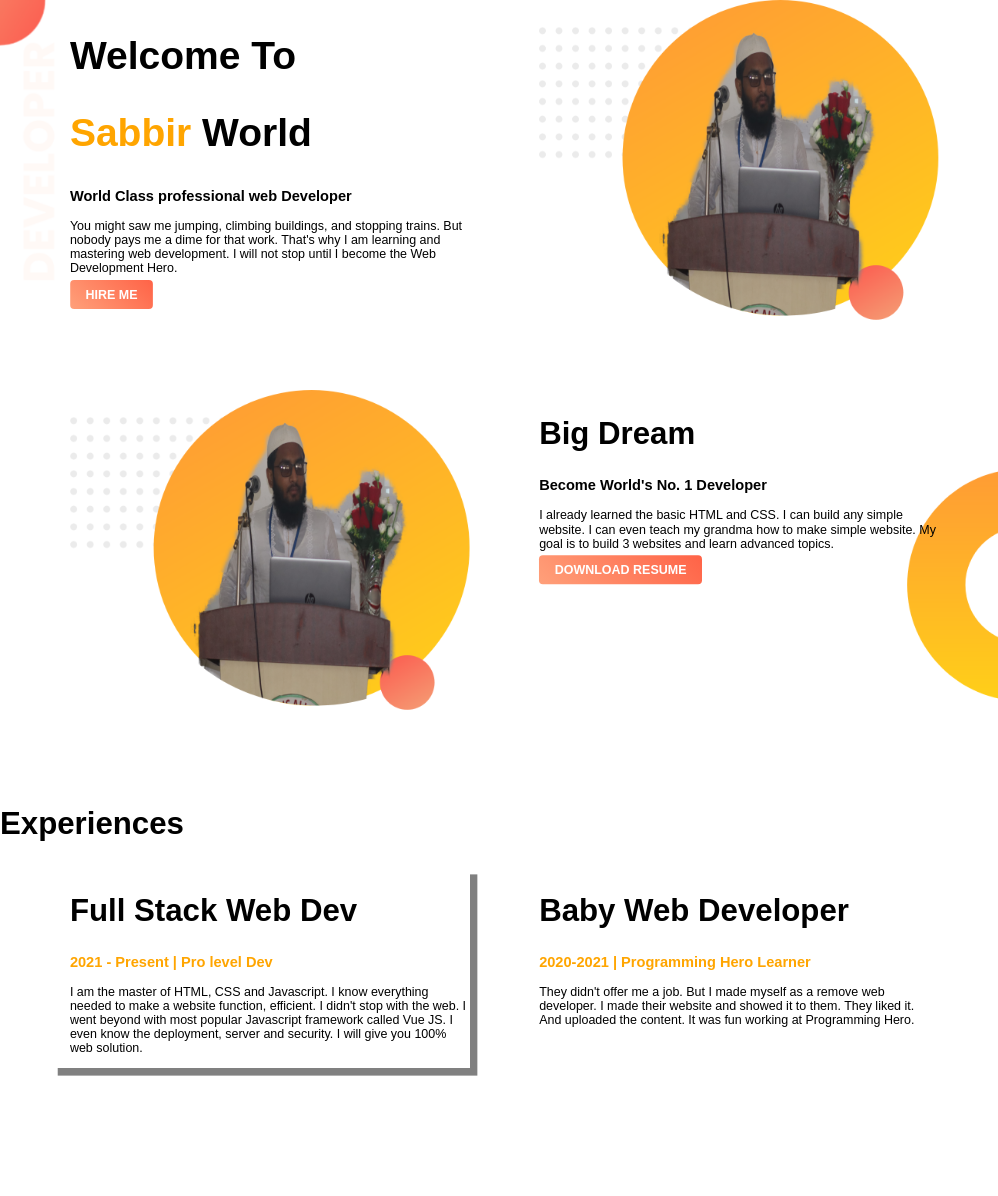
Repository: sabbircse3/web-protfolio
Page: index.html
The author's editor kept a copy of each file at every save. The page is drawn from the files as they stood at one save, then again after a run of saves.
The browser window is 1280 px wide. The pictures show the whole page, at 78% of full size.

Above is the page before, as saved 2021-01-04 10:43:30.

### index.html
<!DOCTYPE html>
<html lang="en">
<head>
    <meta charset="UTF-8">
    <meta name="viewport" content="width=device-width, initial-scale=1.0">
    <title>Sabbir web-portfolio</title>
    <link rel="preconnect" href="https://fonts.gstatic.com">
    <link href="https://fonts.googleapis.com/css2?family=Montserrat&display=swap" rel="stylesheet">
    <link rel="stylesheet" href="style.css">
</head>
<body>
    <section class="top-banner">
        <div class="half-width">
            <h1>Welcome To</h1>
            <h1> <span class="name-highlight">Sabbir</span> World</h1>
            <h3>World Class professional web Developer</h3>
            <p>You might saw me jumping, climbing buildings, and stopping trains. But nobody pays me a dime for that work. That's why I am learning and mastering web development. I will not stop until I become the Web Development Hero.</p>
            <a class="link-button" target="_blank" href="https://www.linkedin.com/company/programminghero/">HIRE ME</a>
        </div>

        <div class="half-width">
            <img src="images/sabbir1.png" alt="">
        </div>
    </section>

    <section class="dream-area">
        <div class="half-width">
            <img src="images/sabbir1.png" alt="">
        </div>

        <div class="half-width">
            <h2> Big Dream</h2>
            <h3>Become World's No. 1 Developer</h3>
            <p>I already learned the basic HTML and CSS. I can build any simple website. I can even teach my grandma how to make simple website. My goal is to build 3 websites and learn advanced topics.</p>
            <a class="link-button" target="_blank" href="https://www.linkedin.com/company/programminghero/">DOWNLOAD RESUME</a>
        </div>

    </section>

    <section class="experience-area">
        <h2>Experiences</h2>
        <div class="half-width single-experience">
            <h2>Full Stack Web Dev</h2>
            <h3 class="orange-highlight">2021 - Present | Pro level Dev</h3>
            <p>I am the master of HTML, CSS and Javascript. I know everything needed to make a website function, efficient. I didn't stop with the web. I went beyond with most popular Javascript framework called Vue JS. I even know the deployment, server and security. I will give you 100% web solution.</p>

        </div>

        <div class="half-width">
            <h2>Baby Web Developer</h2>
            <h3 class="orange-highlight">2020-2021 | Programming Hero Learner</h3>
            <p>They didn't offer me a job. But I made myself as a remove web developer. I made their website and showed it to them. They liked it. And uploaded the content. It was fun working at Programming Hero.</p>

        </div>

    </section>

</body>
</html>

### style.css
body{
    font-family: sans-serif;
    margin: 0px;
}
h1{
    font-size: 50px;
}
h2{
    font-size: 40px;
}
.name-highlight{
    color: orange;
}
.half-width{
    width: 40%;
    float: left;
    margin-left: 5%;
    padding-left: 2%;
}
.half-width img{
    width: 100%;
}
.top-banner{
    background-image: url("images/top-banner.png");
    background-repeat: no-repeat;
}
section{
    height: 500px;
}
.link-button{
    text-decoration: none;
    background-image: linear-gradient(45deg, lightSalmon, tomato);
    padding: 10px 20px;
    border-radius: 5px;
    color: white;
    font-weight: 700;
}
.dream-area{
    background-image: url("images/dream-bg.png");
    background-repeat: no-repeat;
    background-position: right;
}
.experience-area{

}
.orange-highlight{
    color: orange;
}
.single-experience{
    box-shadow: 10px 10px gray;
}

After the next 17 saves:
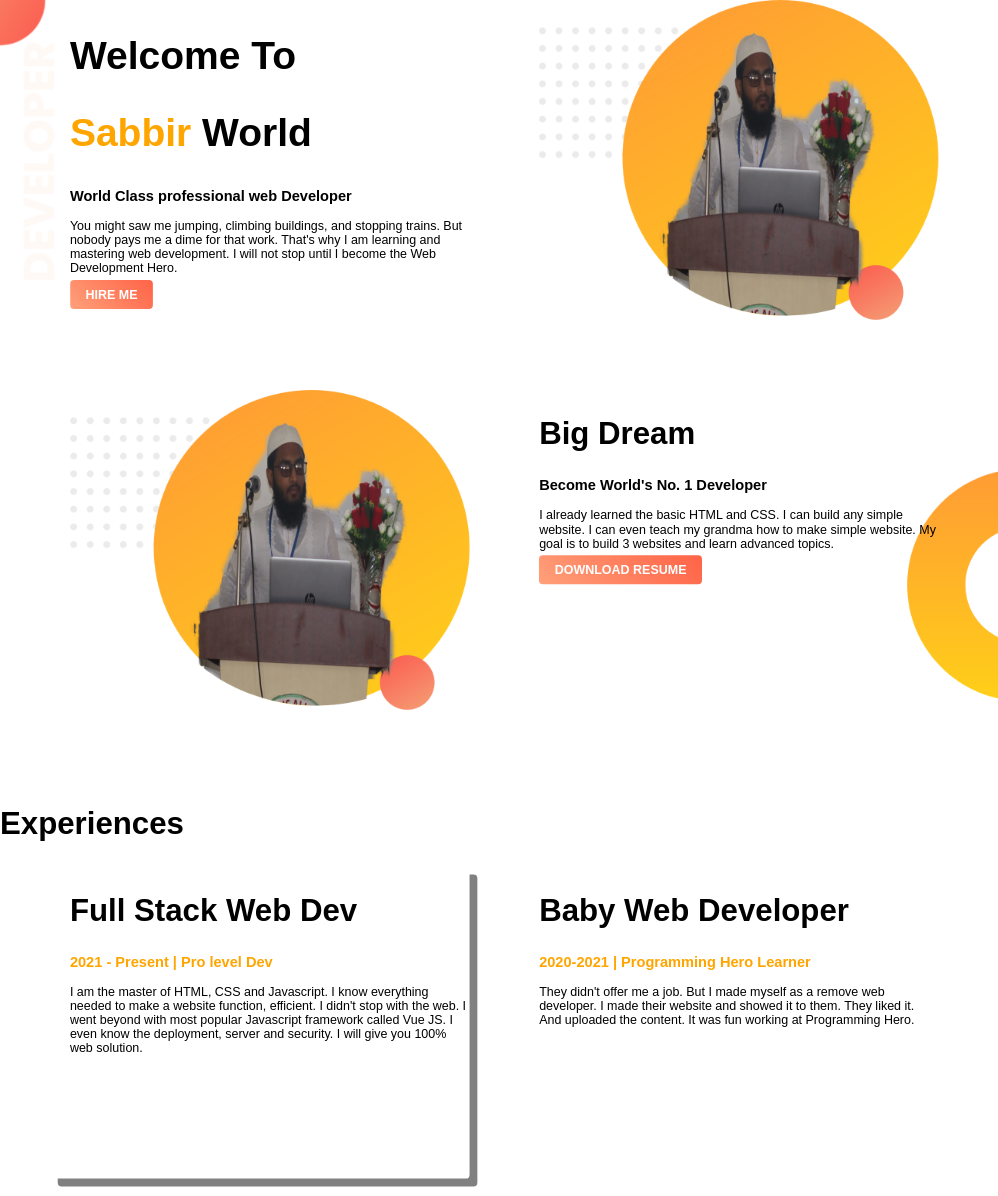
The 17 saves are shown as one change because they came seconds apart.
The last was saved 52 s later.
--- a/style.css
+++ b/style.css
@@ -48,4 +48,7 @@ section{
 }
 .single-experience{
     box-shadow: 10px 10px gray;
+    border-radius: 5px;
+    height: 80%;
+
 }
